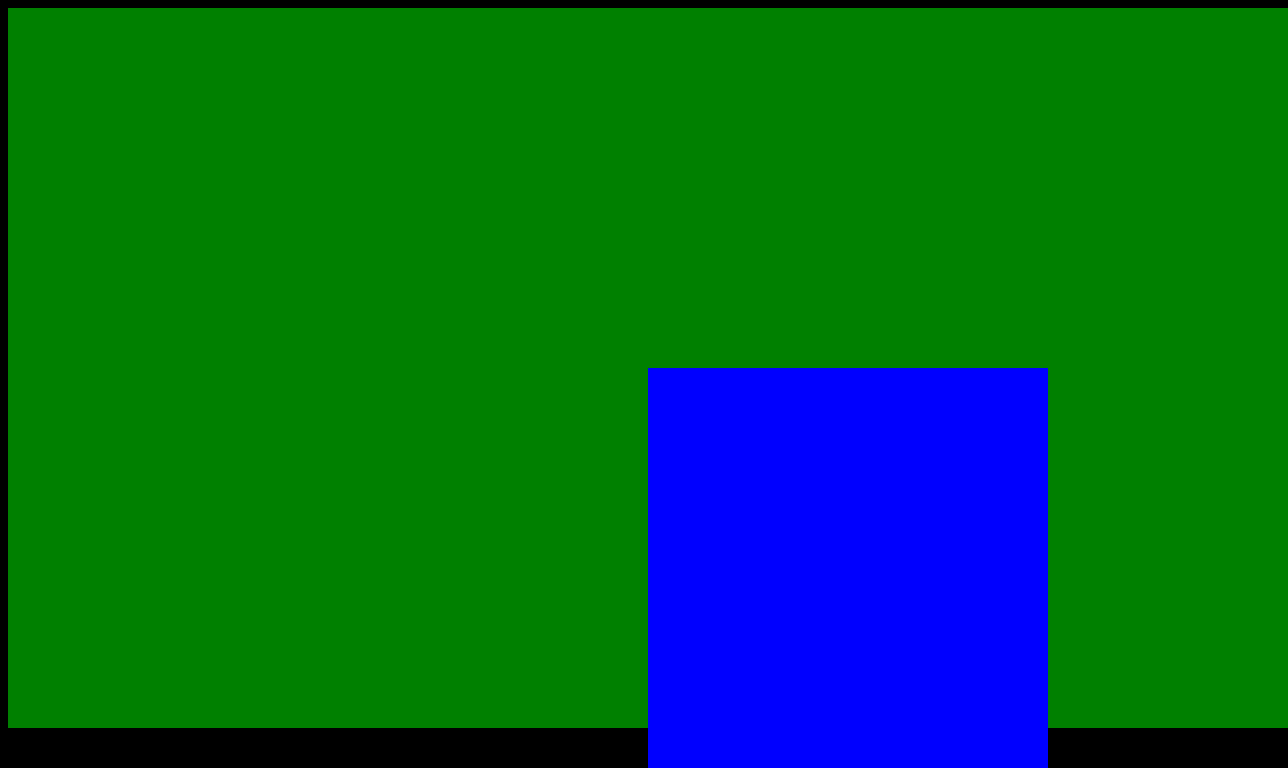
Repository: Lucianorodriguesdev/Projeto-RedeSocial
Page: index.html
The author's editor kept a copy of each file at every save. The page is drawn from the files as they stood at one save, then again after the next save.
The browser window is 1280 px wide. The page is 1288 px wide, so the pictures cover 1288 px, including what lies to the right of the window. The pictures show the whole page.

Above is the page before, as saved 2026-07-06 10:24:18.

### index.html
<!DOCTYPE html>
<html lang="pt-br">
<head>
    <meta charset="UTF-8">
    <meta name="viewport" content="width=device-width, initial-scale=1.0">
    <title>Rede Social</title>
    <link rel="shortcut icon" href="favicon.ico" type="image/x-icon">
    <link rel="stylesheet" href="estilo/style.css">
</head>
<body>
    <main>
        <section id="telefone">

        </section>
        <section id="redes-sociais">

        </section>
    </main>
</body>
</html>

### estilo/style.css
@charset "UTF-8"
*{
    margin: 0;
    padding: 0;
    box-sizing: border-box;
}
html,body{
    height:100vh;
    width: 100vw;
    background-color: black;
}
main{
    height: 100vh;
    position: relative;
    background-color: green;
}
#telefone{
    height: 400px;
    width: 400px;
    background-color: blue;
    position: absolute;
    top:50%;
    left: 50%;

}

After the next save:
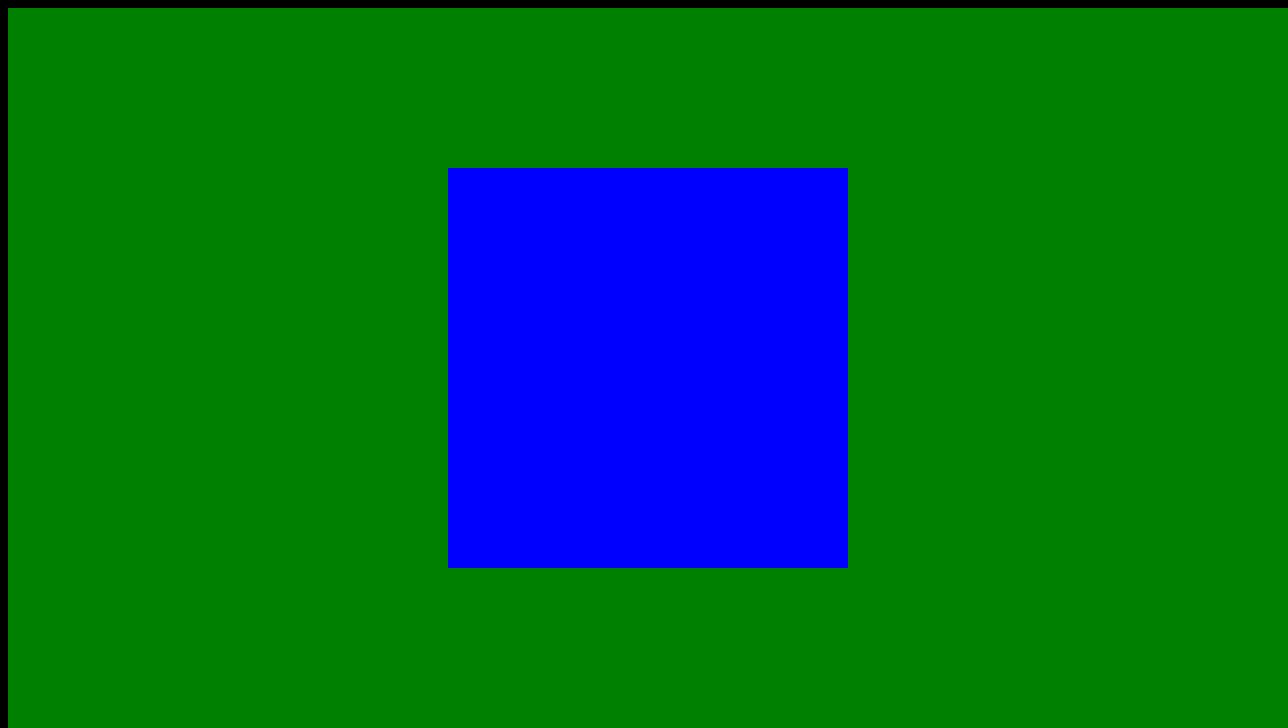
Saved 35 s later.
--- a/estilo/style.css
+++ b/estilo/style.css
@@ -21,5 +21,6 @@
     position: absolute;
     top:50%;
     left: 50%;
+    transform:translate(-50%,-50%)
 
 }
